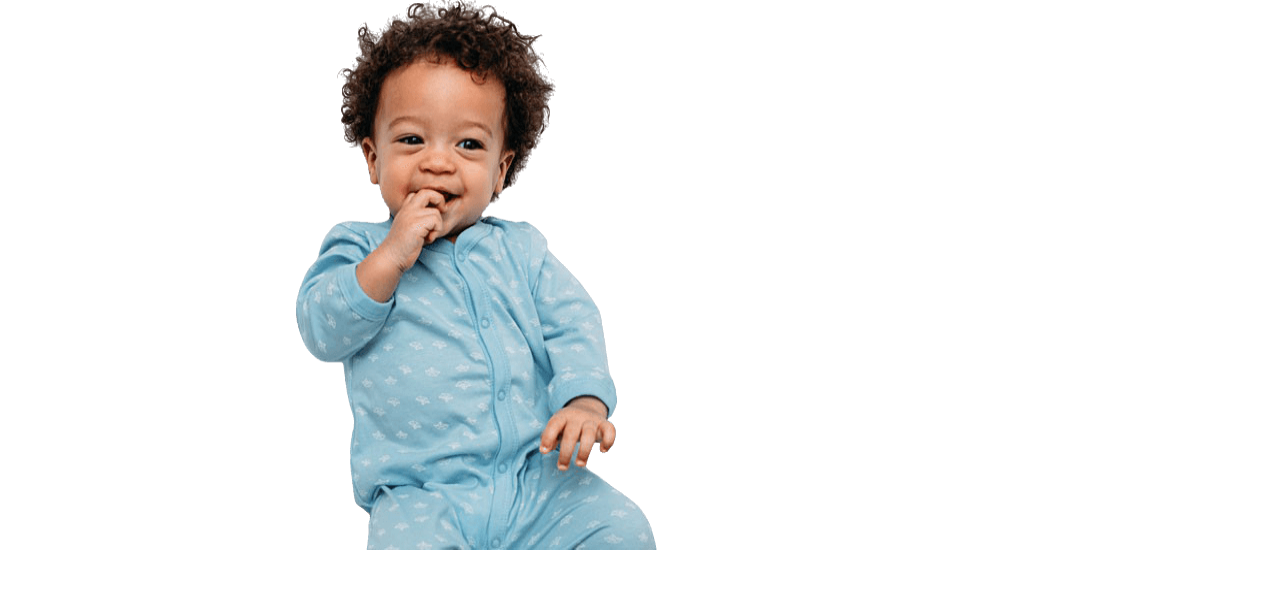
Repository: gyypwrs/css-practice
Page: pull-over/index.html
An editor plug-in stored every save of this project. The page is shown before and after the next save, followed by the edit.
The browser window is 1280 px wide. The pictures show the whole page.

Above is the page before, as saved 2022-05-16 11:56:14.

### pull-over/index.html
<!--
 * @Descripttion:
 * @version:
 * @Author: Hongyu
 * @Date: 2022-05-14 18:11:46
 * @LastEditors: Hongyu
 * @LastEditTime: 2022-05-16 11:55:26
-->
<!DOCTYPE html>
<html>
  <head>
    <title></title>
    <style type="text/css">
      html,body{
        height: 100%
      }
      body {
        margin: 0;
        padding: 0;
        overflow: hidden;
      }
      .wrapper {
        display: flex;
        justify-content: center;
        position: relative;
      }
      .bottom {
        position: absolute;
        top: 0;
        left: 0;
      }
      .up {
        position: absolute;
        top: 0;
        left: 0;
        /* border-right: 2px solid black; */
      }
      .divide-line {
        height: 550px;
        display: inline-block;
        border: 2px solid black;
      }
  </style>
  </head>
  <body>
    <div class="wrapper">
      <div class="bottom">
        <img height="550" width="800" src="./baby-bg.png">
      </div>
      </div>
      <div class="up">
        <img  height="550" width="800" src="./baby-bg.png">
      </div>
      <div id="divideLine"></div>
    </div>
    <script>
      const line = document.getElementById('divideLine')
      line.addEventListener('focus', function(event) {
        console.log(event)
      })
    </script>
  </body>
</html>

After the next save:
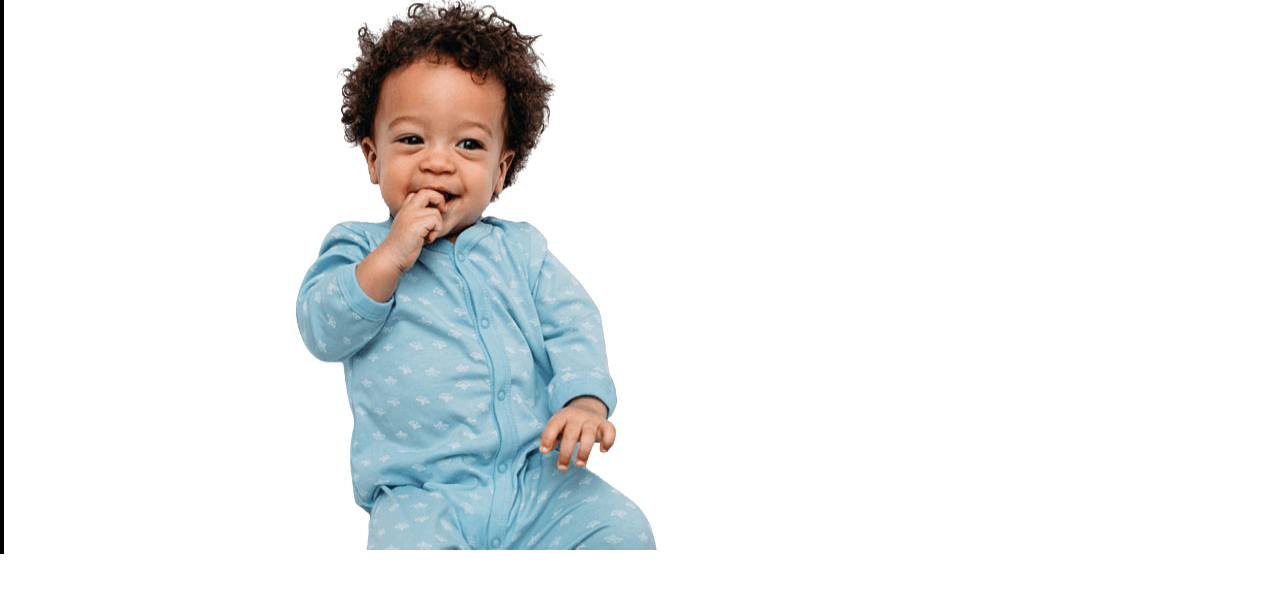
Saved 21 s later.
--- a/pull-over/index.html
+++ b/pull-over/index.html
@@ -4,7 +4,7 @@
  * @Author: Hongyu
  * @Date: 2022-05-14 18:11:46
  * @LastEditors: Hongyu
- * @LastEditTime: 2022-05-16 11:55:26
+ * @LastEditTime: 2022-05-16 11:56:35
 -->
 <!DOCTYPE html>
 <html>
@@ -35,7 +35,7 @@
         left: 0;
         /* border-right: 2px solid black; */
       }
-      .divide-line {
+      #divideLine {
         height: 550px;
         display: inline-block;
         border: 2px solid black;
